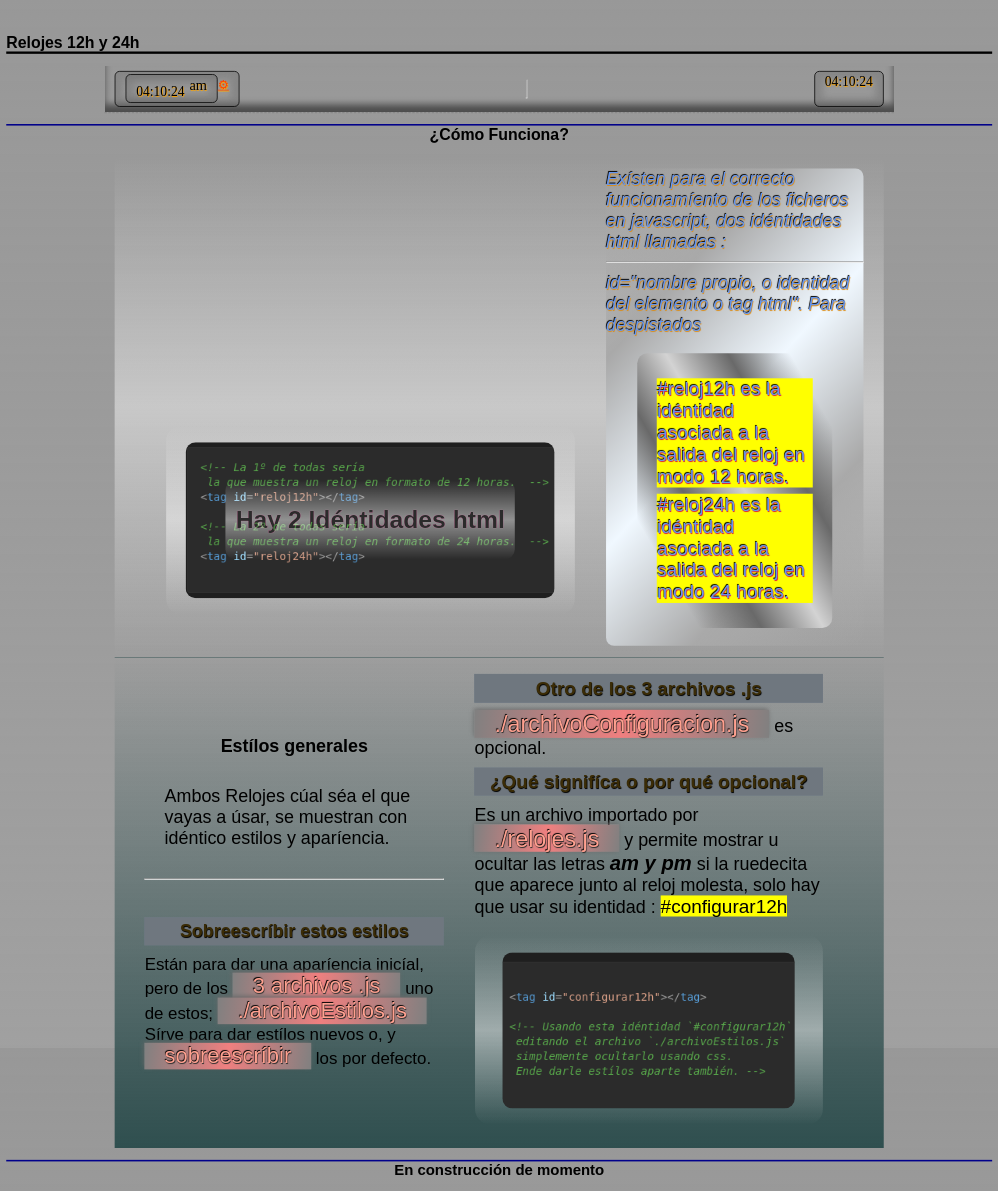
Repository: marcostonfor/clocks
Page: index.html
These files come from the project's save history. The page is drawn as it stood at one moment and after the next save; the edit follows.
The browser window is 1280 px wide. The pictures show the whole page, at 78% of full size.
Some web fonts or font styles are not loaded; a fallback is used.

Above is the page before, as saved 2024-09-19 04:10:53.

### index.html
<!DOCTYPE html>
<html lang="ca-ES, en-US">

<head>
    <meta charset="utf-8">
    <meta name="viewport" content="width=device-width, initial-scale=1">
    <title>relojes</title>
    <style>
        @import url('https://fonts.cdnfonts.com/css/nahista');
        @import url('https://fonts.cdnfonts.com/css/i-ichimaru');
        * {
            box-sizing: border-box;
            font-size: calc(1em * 1.062);
        }

        :root {
           --font-size-standard: calc(1em * 1.30);
        }

        body {
            background-image: repeating-linear-gradient(0deg, hsla(0, 0%, 41%, 0.63) 12%, hsla(0, 0%, 0%, 0.404));
            font-family: 'i Ichimaru', sans-serif;
        }

        h1 {
            margin-top: 6vh;
            border-bottom: 0.3vw solid black;
        }

        #dosRelojes {
            width: 80%;
            height: auto;
            margin: 2vh auto;
            padding: 1vh 1vw;
            display: flex;
            border-bottom: 0.1vw dashed gray;
            /* box-shadow: inset -0.2vh 0 06px hsl(41, 100%, 50%); */
            box-shadow: inset 0 -10px 10px rgba(0, 0, 0, 0.5);
        }

        summary::marker {
            content: none !important;
        }

        summary {
            cursor: pointer !important;
            color: orangered;
            text-decoration: underline;
            margin: 0.5vh auto;
            font-size: 12pt;
        }

        #caja12h {
            display: flex;
        }

        h2 {
            text-align: center;
            margin-top: 2vh;
            border-top: 0.2vw solid darkblue;
        }

        #identidades_principales {
            display: flex;
            justify-content: space-around;
            align-items: last baseline;
            padding: 2vh 2vw;
            width: 78%;
            margin: auto auto;
            background-image: repeating-linear-gradient(0deg, transparent, hsla(0, 0%, 96%, 0.5), transparent);
            border-radius: 0.755vw;
        }

        .conFoto figure {
            position: relative;
            display: flex;
            align-items: center;
            justify-content: center;
            background-image: repeating-linear-gradient(0deg, transparent, hsla(0, 0%, 96%, 0.5), transparent);
            padding: 3vh 2vw;
            border-radius: 1.6vw;
        }

        .conFoto figure img {
            border-radius: 1vw;
        }

        .conFoto figure figcaption {
            padding: 0vh 1vw;
            position: absolute;
            border-radius: 1vw;
            text-shadow: 0 0 1px hotpink;
            font-size: var(--font-size-standard);
            background-image: repeating-linear-gradient(0deg, transparent, hsla(0, 0%, 96%, 0.5), transparent);
            mix-blend-mode: screen;
        }

        .conFoto p {
            width: 85%;
            margin: 2vh auto;
        }

        .conTexto {
            width: fit-content;
            height: auto;
            color: cornflowerblue;
            text-shadow: 0.1vh 0.1vw 1px rgb(220, 140, 20), -0.1vh -0.1vw 1px black;
            background-image: repeating-linear-gradient(132deg, transparent, darkgray, aliceblue, darkgray, transparent);
            border-radius: 0.8vw;
        }

        .conTexto blockquote {
            padding: 2vw;
            border-radius: 1vw;
            background-image: linear-gradient(-120deg, transparent 12%, dimgray, lightgray, dimgray, transparent, transparent);
        }

        .conTexto blockquote mark {
            text-shadow: 0.1vh 0.1vw 1px rgb(220, 20, 60), -0.1vh -0.1vw 1px black;
            color: cornflowerblue !important;
            display: block;
            margin: 1vh auto;
        }

        #estilos_generales {
            width: 78%;
            margin: auto auto;
            padding: 1vh 3vw;
            display: flex;
            justify-content: space-around;
            align-items: center;
            background-image: repeating-linear-gradient(0deg, darkslategray, transparent);

        }

        #estilos_generales article h3 {
            text-align: center;
            width: fit-content;
            margin: 3vh auto;
        }

        #textoGeneral {
            padding: 2vh 2vw;
            width: fit-content;
            /* border: 0.2vw solid black; */
            overflow: hidden;
        }

        .hache3 {
            display: block !important;
            text-align: center;
            margin: 1.5vh auto;
            padding: 0.6vh 0vw;
            font-family: 'Nahista', sans-serif;
            color: rgb(59, 44, 6);
            text-shadow: 0.1vh 0.1vw 1px black;
            box-shadow: inset 0 0 10px 21px hsla(0, 0%, 41%, 0.5), inset 1vh 0vw 10px 31px hsl(210, 14%, 53%);
        }

        .code_md {
            font-weight: thin;
            font-size: var(--font-size-standard);
            background-image: repeating-linear-gradient(98deg, gray, hsl(0, 79%, 72%), gray);
            padding: 0.2vh 2vw;
            color: hsl(9, 100%, 78%);
            text-shadow: 0.1vh 0.1vw 1px hsl(0, 0%, 18%), -0.1vh -0.1vw 1px hsl(0, 0%, 0%);
            box-shadow: 0 -1.6px 6px dimgray;
            margin: 1vh auto !important;
        }
    </style>
</head>

<body>
    <header>
        <h1>Relojes 12h y 24h</h1>
        <aside id="dosRelojes">
            <div id="caja12h">
                <div id="reloj12h"></div>
            </div>
            <hr>
            <div id="reloj24h"></div>
        </aside>
        <nav></nav>
    </header>
    <main>
        <h2>¿Cómo Funciona?</h2>
        <section id="identidades_principales">
            <article class="conFoto">
                <figure>
                    <img src="./img/identidadesPrincipales.png" alt="foto de las id principales">
                    <figcaption>
                        <h3>Hay 2 Idéntidades html</h3>
                    </figcaption>
                </figure>
            </article>
            <article class="conTexto">
                <cite>Exísten para el correcto funcionamíento de los ficheros en javascript, dos idéntidades html
                    llamadas :</cite>
                <hr /><cite>id="nombre propio, o identidad del elemento o tag html". Para despistados</cite>
                <blockquote>
                    <mark>#reloj12h es la idéntidad asociada a la salida del reloj en modo 12 horas.</mark>

                    <mark>#reloj24h es la idéntidad asociada a la salida del reloj en modo 24 horas.</mark>
                </blockquote>
            </article>
        </section>
        <section id="estilos_generales">
            <article>
                <h3>Estílos generales</h3>
                <p id="textoGeneral">
                    Ambos Relojes cúal séa el que vayas a úsar, se muestran con idéntico estilos y aparíencia. <br>
                    <hr><br><strong class="hache3">Sobreescríbir estos estilos</strong>
                    Están para dar una aparíencia inicíal, <br> pero de los <span class="code_md">3 archivos .js</span>
                    uno de estos;

                    <span class="code_md">./archivoEstilos.js</span> Sírve para dar estílos nuevos o, y <span
                        class="code_md">sobreescríbir</span> los por defecto.
                </p>
            </article>
            <article class="conFoto">
                <p><strong class="hache3">Otro de los 3 archivos .js</strong>

                    <span class="code_md">./archivoConfiguracion.js</span> es opcional.

                    <strong class="hache3">¿Qué signifíca o por qué opcional?</strong>
                    Es un archivo importado por <span class="code_md">./relojes.js</span> y permite mostrar u ocultar las letras <em><strong>am y pm</strong></em>
                    si la ruedecita que aparece junto al reloj molesta, solo hay que usar su identidad : <mark>#configurar12h</mark>
                </p>
                <figure>
                    <img src="./img/fotoDetails12h.png" alt="foto de las id principales">
                    <figcaption>
                        <!-- <h3>Hay 2 Idéntidades html</h3> -->
                    </figcaption>
                </figure>

            </article>
        </section>
    </main>
    <h2>En construcción de momento</h2>
    <script type="module" src="./relojes.js"></script>
</body>

</html>

<!--<p>Este es un texto con un <span style="font-size: 125%;">texto 25% más grande</span> que el resto.</p>
-->

### relojes.js

import { estilosPersonales } from './archivoEstilos.js';
import { conf12h } from './archivoConfiguracion.js';
function laHora() {
	const Reloj = class {
		constructor(formato, salida) {
			this.ahora = new Date();
			this.reloj = {
				hora: this.ahora.getHours(),
				minuto: this.ahora.getMinutes(),
				segundo: this.ahora.getSeconds()
			};
			this._formato = formato;
			this._salida = salida;
		}

		get formato() {
			return this._formato;
		}

		get salida() {
			return this._salida;
		}

		set formato(horaActual) {
			this._formato = horaActual;
		}

		set salida(output) {
			this._salida = output;
		}

		anyadirCero(formatear) {
			return formatear <= 9 ? "0" + formatear : formatear;
		}

		_12h() {
			let horas = this.reloj.hora % 12;
			if (horas === 0) horas = 12;
			const amOpm = this.reloj.hora >= 12 ? "pm" : "am";
			this._formato = `${this.anyadirCero(horas)}:${this.anyadirCero(this.reloj.minuto)}:${this.anyadirCero(this.reloj.segundo)}<sup>${amOpm}</sup>`;
			return this._formato;
		}

		_24h() {
			this._formato = `${this.anyadirCero(this.reloj.hora)}:${this.anyadirCero(this.reloj.minuto)}:${this.anyadirCero(this.reloj.segundo)}`;
			return this._formato;
		}
	};

	const laSalida = () => {
		const salida = document.getElementById("reloj12h");
		const salida24h = document.getElementById("reloj24h");
		const doceHoras = new Reloj();
	//	salida.innerHTML = doceHoras._12h();
	//	salida24h.innerHTML = doceHoras._24h();

 // Verifica si existe el elemento #reloj12h
 if (salida) {
	salida.innerHTML = doceHoras._12h();
	conf12h(); // Llamada a la función conf12h() si el elemento existe
}

// Verifica si existe el elemento #reloj24h
if (salida24h) {
	salida24h.innerHTML = doceHoras._24h();
}


	function estiloscss(estilosPersonales) {

		const estils = document.createElement('STYLE');
		estils.textContent = `
* {
    box-sizing: border-box;
}

div {
    text-align: center;
    width: fit-content;
    border: 0.1vw solid black;
    font-size: 13pt;
    padding: 0.5vh 1vw;
    box-shadow: inset 0 0 10px 10px hsla(0, 0%, 41%, 0.397);
    font-family: 'Comic Sans MS';
    color: black;
    text-shadow: 0.1vh 0.1vw 1px orange;
    border-radius: 0.5vw;
}


sup {
    margin-left: 0.5vw !important;
}
	`;
		if (estilosPersonales) {
			estils.textContent += estilosPersonales;
		}


		document.head.appendChild(estils);
}

	// Llamada a la función con estilos adicionales
	estiloscss(estilosPersonales);


	};

// estiloscss();
return setInterval(laSalida, 1000);
}
laHora();

### archivoEstilos.js
export const estilosPersonales = `

    `;

### archivoConfiguracion.js
export function conf12h() {
    const config = document.createElement('DETAILS');
    const summary = document.createElement('SUMMARY');
    summary.innerHTML = `&#9881;`;
    config.appendChild(summary);

    // Verificar si el checkbox ya existe
    if (!document.getElementById('miCheckbox')) {
        const checkbox = document.createElement('input');
        checkbox.type = 'checkbox';
        checkbox.id = 'miCheckbox';
        checkbox.checked = true; // Mostrar <sup> por defecto

        const label = document.createElement('label');
        label.htmlFor = 'miCheckbox'; // Asegúrate de que coincida con el id del checkbox
        label.textContent = 'Ver "am" "pm"';

        // Crear un elemento <style> para manejar la visibilidad de <sup>
        let estils = document.getElementById('dynamicStyles');
        if (!estils) {
            estils = document.createElement('style');
            estils.id = 'dynamicStyles';
            document.head.appendChild(estils);
        }

        // Función para actualizar el estilo de <sup>
        const updateSupVisibility = () => {
            if (checkbox.checked) {
                estils.textContent = `
                    sup {
                        display: inline !important;
                    }
                `;
            } else {
                estils.textContent = `
                    sup {
                        display: none !important;
                    }
                `;
            }
        };

        // Inicializar el estilo de <sup>
        updateSupVisibility();

        // Agregar un evento al checkbox para alternar la visibilidad de <sup>
        checkbox.addEventListener('change', updateSupVisibility);

        const mostrarConfiguracion = document.getElementById('caja12h');
        // Agregar el checkbox y el label al cuerpo del documento
        label.appendChild(checkbox);
        config.appendChild(label);
        mostrarConfiguracion.appendChild(config);
    }
}

After the next save:
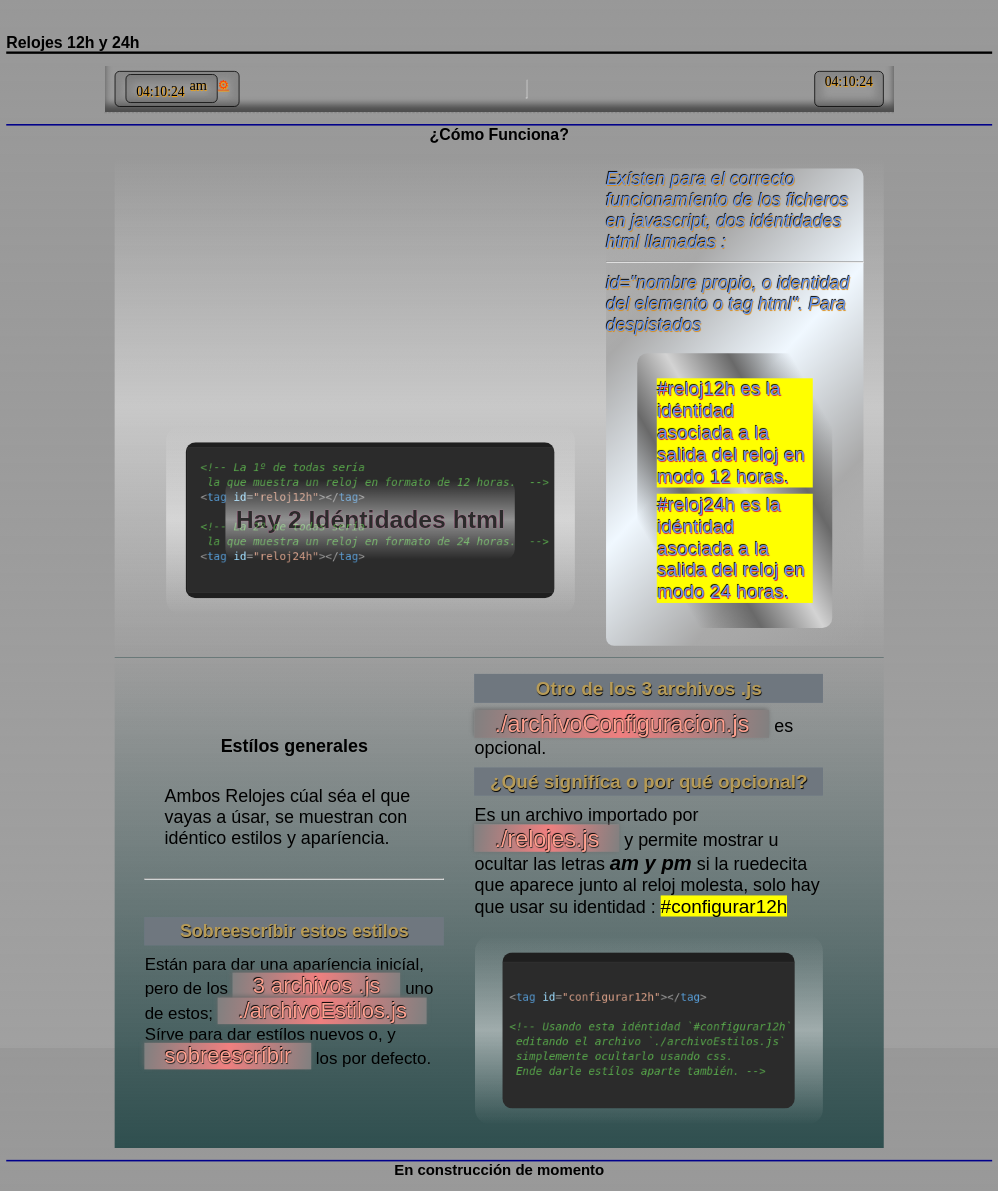
Saved 5 s later.
--- a/index.html
+++ b/index.html
@@ -152,7 +152,7 @@
             margin: 1.5vh auto;
             padding: 0.6vh 0vw;
             font-family: 'Nahista', sans-serif;
-            color: rgb(59, 44, 6);
+            color: rgb(182, 155, 88);
             text-shadow: 0.1vh 0.1vw 1px black;
             box-shadow: inset 0 0 10px 21px hsla(0, 0%, 41%, 0.5), inset 1vh 0vw 10px 31px hsl(210, 14%, 53%);
         }
